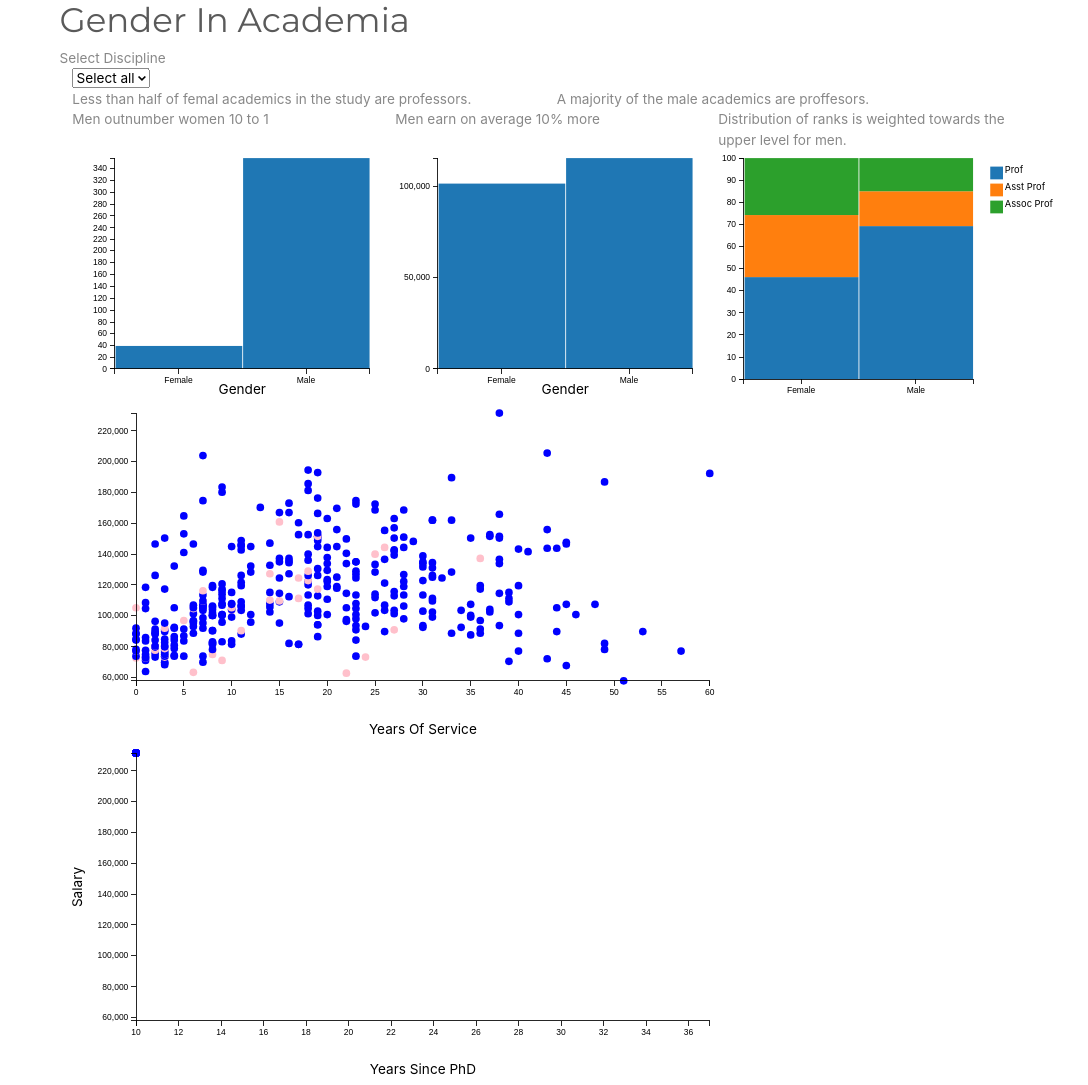
Repository: luke0han/dashboard-project
Page: index.html
The author's editor kept a record of every edit. The page is drawn from the files as they stood at one moment, then again after the next edit.
The browser window is 1280 px wide. The pictures show the whole page, at 85% of full size.

Above is the page before.

### index.html
<!DOCTYPE html>
<html lang="en">

<head>
    <meta charset="UTF-8">
    <meta name="viewport" content="width=device-width, initial-scale=1.0">
    <meta http-equiv="X-UA-Compatible" content="ie=edge">
    <title>Gender In Academia</title>

    <link rel="stylesheet" href="static/css/bootstrap.min.css" type="text/css" />
    <link rel="stylesheet" href="static/css/dc.min.css" />
    <link rel="stylesheet" href="static/css/style.css" type="text/css" />

    <script type="text/javascript" src="static/js/d3.min.js"></script>
    <script type="text/javascript" src="static/js/crossfilter.min.js"></script>
    <script type="text/javascript" src="static/js/dc.min.js"></script>
    <script type="text/javascript" src="static/js/queue.min.js"></script>
    <script type="text/javascript" src="static/js/graph.js"></script>

</head>

<body>
    <div class="container">

        <div class="row">
            <h1>Gender In Academia</h1>
        </div>

        <div class="row">
            <div class="col-md-offset-5">Select Discipline</div>
        </div>

        <div class="row">
            <div class="col-md-offset-5" id="discipline-selector"></div>
        </div>

        <div class="row">
            <div class="col-md-6 number-box" id="percent-of-women-professors"></div>
            <div class="col-md-6 number-box" id="percent-of-men-professors"></div>
        </div>

        <div class="row">
            <div class="col-md-6">Less than half of femal academics in the study are professors.</div>
            <div class="col-md-6">A majority of the male academics are proffesors.</div>
        </div>

        <div class="row">
            <div class="col-md-4">Men outnumber women 10 to 1</div>
            <div class="col-md-4">Men earn on average 10% more</div>
            <div class="col-md-4">Distribution of ranks is weighted towards the upper level for men.</div>
        </div>
        <div class="row">
            <div class="col-md-4" id="gender-balance"></div>
            <div class="col-md-4" id="average-salary"></div>
            <div class="col-md-4" id="rank-distribution"></div>
        </div>


        <div id="service-salary"></div>

        <div id="phd-salary"></div>
    </div>

</body>

</html>

### static/css/style.css
.navbar-default {
	background-image: none;
	margin-bottom: 0;
}

.section-heading, #discipline-selector {
	display: inline-block;
	float: none;
	margin: 0;
}

.section-heading {
	margin-bottom: 50px;
}

#discipline-selector {
	margin-left: 15px;
}

.number-box {
	margin-right: 75px;
}

.number-box, .fa.fa-gender {
    font-size: 30px;
    font-weight: 500;
}

.fa-gender {
	margin-right: 10px;
}

.custom-chart {
	margin-bottom: 40px;
}

.section {
	border-bottom: 1px solid #e6e6e6;
	padding: 30px 0;
}

.section-paragraph {
	line-height: 1.2;
}

### static/js/graph.js
queue()
    .defer(d3.csv, "data/Salaries.csv")
    .await(makeGraphs);

function makeGraphs(error, salaryData) {
    var ndx = crossfilter(salaryData);

    salaryData.forEach(function(d){
        d.salary = parseInt(d.salary);
        d.yrs_since_phd = parseInt(d["yrs.since.phd"]);
        d.yrs_service = parseInt(d["yrs.service"]);
    })

    show_discipline_selector(ndx);

    show_percent_that_are_professors(ndx, "Female", "#percentage-of-women-prefessors");
    show_percent_that_are_professors(ndx, "Male", "#percentage-of-men-prefessors");

    show_gender_balance(ndx);
    show_average_salary(ndx);
    show_rank_distribution(ndx);
    show_phd_to_salary_correlation(ndx);
    show_service_to_salary_correlation(ndx);

    dc.renderAll();

}

function show_discipline_selector(ndx) {
    var dim = ndx.dimension(dc.pluck('discipline'));
    var group = dim.group();

    dc.selectMenu("#discipline-selector")
        .dimension(dim)
        .group(group);

}

function show_percent_that_are_professors(ndx, gender, element) {
    var percentageThatAreProf = ndx.groupAll().reduce(
        function(p, v) {
            if (v.sex === gender) {
                p.count++;
                if(v.rank === "Prof") {
                    p.are_prof++;
                }
            }
            return p;
        },
        function(p, v) {
            if (v.sex === gender) {
                p.count--;
                if(v.rank === "Prof") {
                    p.are_prof--;
                }
            }
            return p;
        },
        function() {
            return {count: 0, are_prof: 0};
        },
    );

    dc.numberDisplay(element)
        .formatNumber(d3.format(".2%"))
        .valueAccessor(function (d) {
            if (d.count == 0) {
                return 0;
            } else {
                return (d.are_prof / d.count);
            }
        })
        .group(percentageThatAreProf)
}

function show_gender_balance(ndx) {
    var dim = ndx.dimension(dc.pluck('sex'));
    var group = dim.group();

    dc.barChart("#gender-balance")
        .width(400)
        .height(300)
        .margins({top: 10, right: 50, bottom: 30, left: 50})
        .dimension(dim)
        .group(group)
        .transitionDuration(500)
        .x(d3.scale.ordinal())
        .xUnits(dc.units.ordinal)
        .xAxisLabel("Gender")
        .yAxis().ticks(20);
}

function show_average_salary(ndx) {
    var dim = ndx.dimension(dc.pluck('sex'));

    function add_item(p, v) {
        p.count++;
        p.total += v.salary;
        p.average = p.total / p.count;
        return p;
    }

    function remove_item(p, v) {
        p.count--;
        if(p.count == 0) {
            p.total = 0;
            p.average = 0;
        } else {
            p.total -= v.salary;
            p.average = p.total / p.count;
        }
        return p;
    }

    function initialise() {
        return {count: 0, total: 0, average: 0};
    }

    var averageSalaryByGender = dim.group().reduce(add_item, remove_item, initialise);

    dc.barChart("#average-salary")
        .width(400)
        .height(300)
        .margins({top: 10, right: 50, bottom: 30, left: 50})
        .dimension(dim)
        .group(averageSalaryByGender)
        .valueAccessor(function(d){
            return d.value.average.toFixed(2); //or round to int
        })
        .transitionDuration(500)
        .x(d3.scale.ordinal())
        .xUnits(dc.units.ordinal)
        .elasticY(true)
        .xAxisLabel("Gender")
        .yAxis().ticks(4);
}

function show_rank_distribution(ndx) {


    function rankByGender(dimension, rank) {
        return dimension.group().reduce(
            function (p, v) {
                p.total++;
                if(v.rank == rank) {
                    p.match++;
                }
                return p;
            },
            function (p, v) {
                p.total--;
                if(v.rank == rank) {
                    p.match--;
                }
                return p;
            },
            function () {
                return {total: 0, match: 0};
            }
        );
    }

    var dim = ndx.dimension(dc.pluck("sex"));
    var profByGender = rankByGender(dim, "Prof");
    var asstProfByGender = rankByGender(dim, "AsstProf");
    var assocProfByGender = rankByGender(dim, "AssocProf");

    dc.barChart("#rank-distribution")
        .width(400)
        .height(300)
        .dimension(dim)
        .group(profByGender, "Prof")
        .stack(asstProfByGender, "Asst Prof")
        .stack(assocProfByGender, "Assoc Prof")
        .valueAccessor(function(d) {
            if(d.value.total > 0) {
                return (d.value.match / d.value.total) * 100;
            } else {
                return 0;
            }
        })
        .x(d3.scale.ordinal())
        .xUnits(dc.units.ordinal)
        .legend(dc.legend().x(320).y(20).itemHeight(15).gap(5))
        .margins({top: 10, right: 100, bottom: 30, left: 30});
}

function show_service_to_salary_correlation(ndx) {

    var genderColors = d3.scale.ordinal()
        .domain(["Female", "Male"])
        .range(["pink", "blue"]);

    var yrsDim = ndx.dimension(dc.pluck("yrs_service"));
    var experienceDim = ndx.dimension(function(d) {
       return [d.yrs_service, d.salary, d.rank, d.sex];
    });
    var experienceSalaryGroup = experienceDim.group();

    var minExperience = yrsDim.bottom(1)[0].yrs_service;
    var maxExperience = yrsDim.top(1)[0].yrs_service;

    dc.scatterPlot("#service-salary")
        .width(800)
        .height(400)
        .x(d3.scale.linear().domain([minExperience, maxExperience]))
        .brushOn(false)
        .symbolSize(8)
        .clipPadding(10)
        .xAxisLabel("Years Of Service")
        .title(function(d) {
            return d.key[2] + " earned " + d.key[1];
        })
        .colorAccessor(function (d) {
            return d.key[3];
        })
        .colors(genderColors)
        .dimension(experienceDim)
        .group(experienceSalaryGroup)
        .margins({top: 10, right: 50, bottom: 75, left: 75});
}

function show_phd_to_salary_correlation(ndx) {

    var genderColors = d3.scale.ordinal()
        .domain(["Female", "Male"])
        .range(["pink", "blue"]);

    var pDim = ndx.dimension(dc.pluck("yrs_service_phd"));
    var phdDim = ndx.dimension(function(d) {
       return [d.yrs_service_phd, d.salary, d.rank, d.sex];
    });
    var phdSalaryGroup = phdDim.group();

    var minPhd = pDim.bottom(1)[0].yrs_since_phd;
    var maxPhd = pDim.top(1)[0].yrs_since_phd;

    dc.scatterPlot("#phd-salary")
        .width(800)
        .height(400)
        .x(d3.scale.linear().domain([minPhd, maxPhd]))
        .brushOn(false)
        .symbolSize(8)
        .clipPadding(10)
        .yAxisLabel("Salary")
        .xAxisLabel("Years Since PhD")
        .title(function(d) {
            return d.key[2] + " earned " + d.key[1];
        })
        .colorAccessor(function (d) {
            return d.key[3];
        })
        .colors(genderColors)
        .dimension(phdDim)
        .group(phdSalaryGroup)
        .margins({top: 10, right: 50, bottom: 75, left: 75});
}

Loaded but not shown: static/css/bootstrap.min.css (library); static/css/dc.min.css (library); static/js/d3.min.js (library); static/js/crossfilter.min.js (library); static/js/dc.min.js (library); static/js/queue.min.js (common file)

After the next edit:
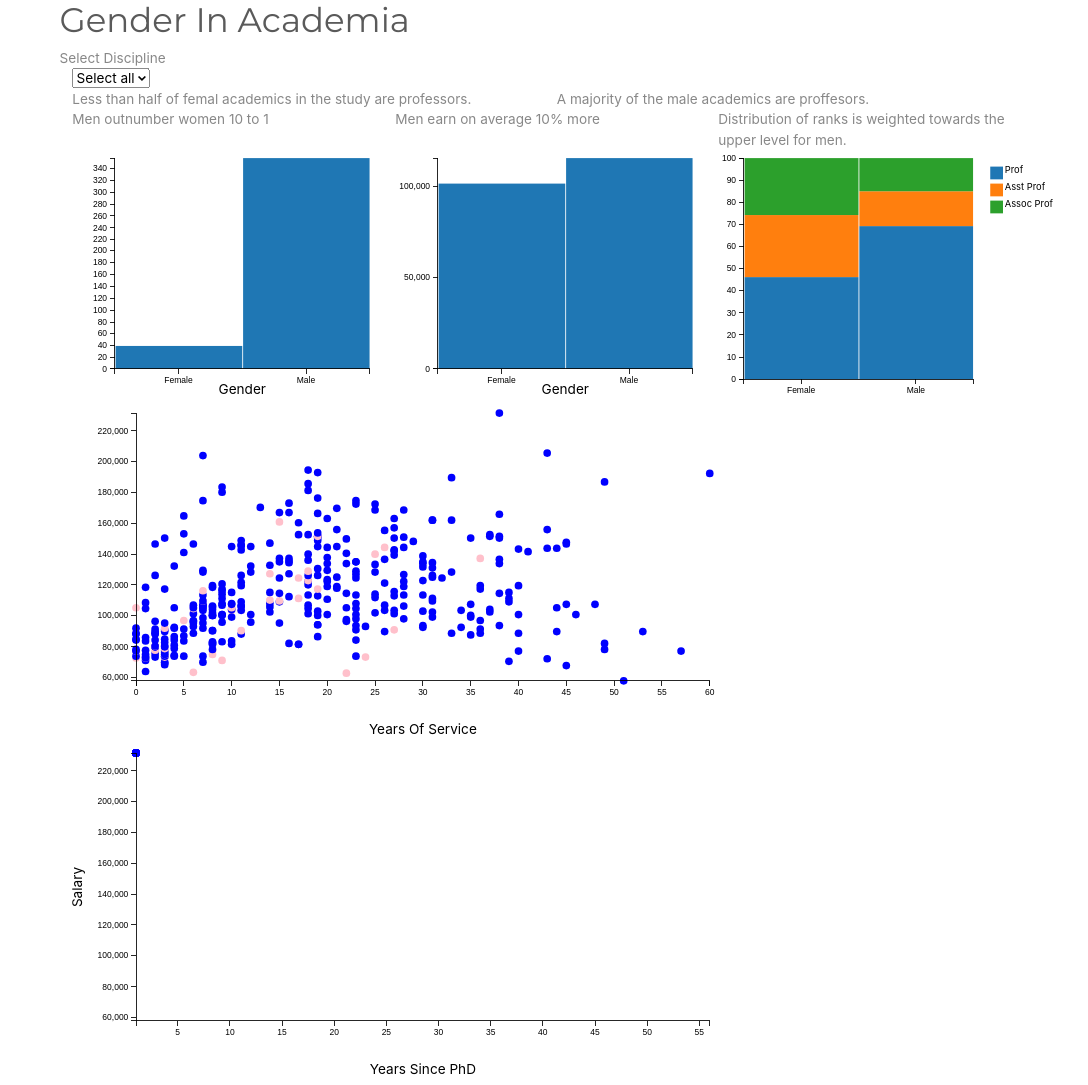
The edit:
--- a/static/js/graph.js
+++ b/static/js/graph.js
@@ -226,7 +226,7 @@
         .domain(["Female", "Male"])
         .range(["pink", "blue"]);
 
-    var pDim = ndx.dimension(dc.pluck("yrs_service_phd"));
+    var pDim = ndx.dimension(dc.pluck("yrs_since_phd"));
     var phdDim = ndx.dimension(function(d) {
        return [d.yrs_service_phd, d.salary, d.rank, d.sex];
     });
